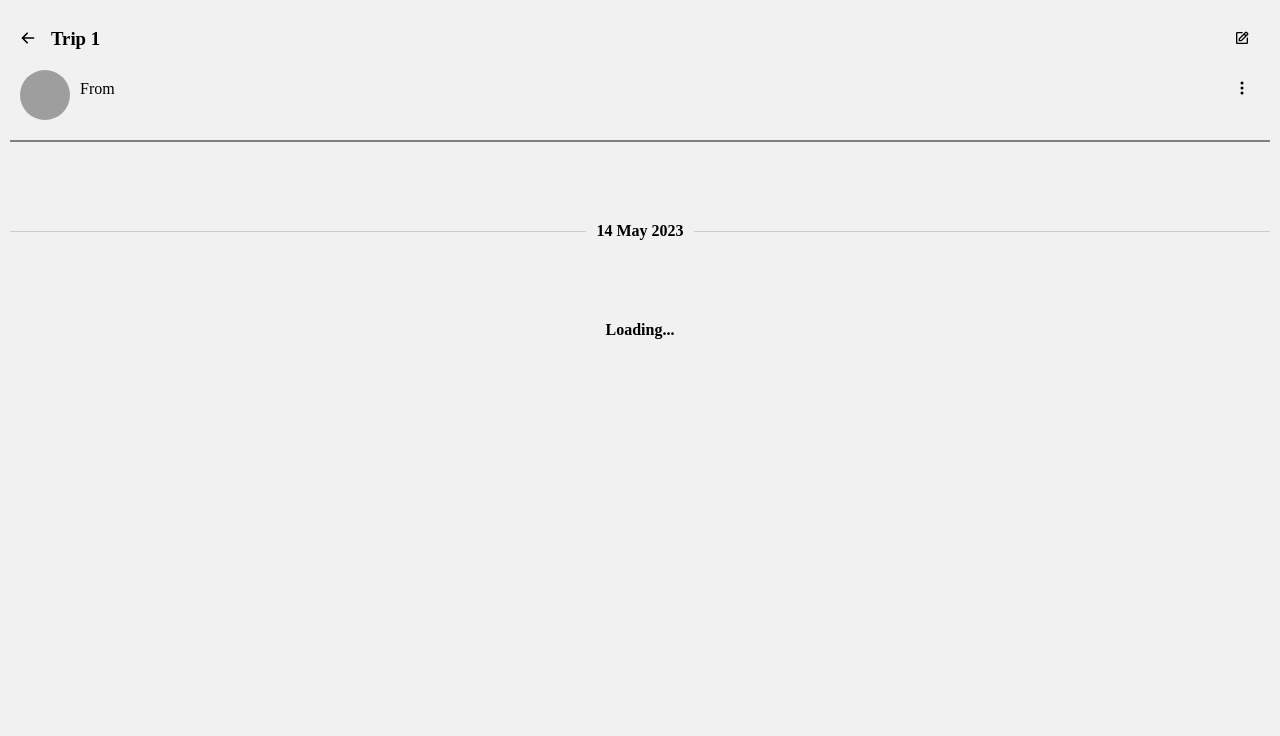
Repository: Abhi2359/PWA_Corider
Page: /
An editor plug-in stored every save of this project. The page is shown before and after the next save, followed by the edit.
The browser window is 1280 px wide. The pictures show the whole page.
Pictures or frames that could not be fetched are drawn as grey boxes. The page's requests for data from a server got no answer. The project was rebuilt for these pictures with package versions that can differ from the ones it lists, and the page was loaded fresh each time. No one was signed in, and anything a server would have sent is missing. Also part of the build but not shown: vite.config.js, src/chatInput/Chat.css, src/chatInput/Chat.jsx.

Above is the page before, as saved 2023-05-14 15:52:58.

### src/App.jsx
import { useEffect, useState ,lazy,Suspense,useCallback} from "react";
import styles from "./App.css";
import { fetchData } from "./api/fetchData";
import Header from "./Header/Header";
import Chat from "./chatInput/Chat";
import ChatInput from "./chatInput/ChatInput";
import InfiniteScroll from "react-infinite-scroll-component";
import LazyLoad from "react-lazy-load";
const LazyChat = lazy(() => import("./chatInput/Chat"));

function App() {
  const [data, setData] = useState([]);
  const [isLoading, setIsLoading] = useState(false);
  const [error, setError] = useState(null);
  const [currentPage, setCurrentPage] = useState(1);
  const [hasMore, setHasMore] = useState(true);
  const [from, setFrom] = useState("");
  const [to, setTo] = useState("");

  const fetchDataFromApi = async () => {
    if (!hasMore) return;
    setIsLoading(true);

    try {
      const apiData = await fetchData(currentPage);

      const apiResponse = apiData.chats;

      if (apiResponse.length === 0) {
        setHasMore(false);
      } else {
        setData((prevData) => [...prevData, ...apiResponse]);
        setCurrentPage((prevPage) => prevPage + 1);
      }
    } catch (error) {
      setError(error.message);
    }

    setIsLoading(false);
  };

  useEffect(() => {
    fetchDataFromApi();
  }, [currentPage]);

  const handleScroll = () => {
    const scrollTop =
      (document.documentElement && document.documentElement.scrollTop) ||
      document.body.scrollTop;
    const scrollHeight =
      (document.documentElement && document.documentElement.scrollHeight) ||
      document.body.scrollHeight;
    const clientHeight =
      document.documentElement.clientHeight || window.innerHeight;
    const scrollPosition = scrollTop + clientHeight;

    if (scrollPosition >= scrollHeight - 200) {
      fetchDataFromApi();
    }
  };

  useEffect(() => {
    window.addEventListener("scroll", handleScroll);
    return () => window.removeEventListener("scroll", handleScroll);
  }, []);
  return (
    <>
      <div className="layout">
        <div className="header_section">
          <Header />
          <div className="chat_container">
            <InfiniteScroll
              dataLength={data.length}
              next={fetchDataFromApi}
              hasMore={hasMore}
              scrollThreshold={0.8}
              className="chat_list"
              loader={<h4 style={{ textAlign: "center" }}>Loading...</h4>}
            >
              <ul className="chat_list">
                {data.map((chat) => (
                  <li key={chat.id}>
                    <Suspense fallback={<div>Loading...</div>}>
                      <LazyChat
                        message={chat.message}
                        image={chat.sender.image}
                      />
                    </Suspense>
                  </li>
                ))}
              </ul>
            </InfiniteScroll>
          </div>
        </div>
        {/* <div>
          <footer className="footer">
            <ChatInput />
          </footer>
        </div> */}
      </div>
    </>
  );
}

export default App;

### src/App.css
.layout{
    position: relative;
width: 100%;
height: 100vh;
background: #FAF9F4;
border-radius: 32px;
}

.header_section {
    position: fixed;
    top: 0;
    left: 0;
    right: 0;
    background-color: #f1f1f1;
    padding: 10px;
    z-index: 1;
  }

  .chat_container {
    margin-top: 60px; /* Adjust the margin to give space below the fixed header */
    overflow: auto;
    flex-grow: 1;
    height: calc(100vh - 120px); /* Adjust the height based on header and footer heights */
  }

  .chat_list {
    list-style: none;
    padding: 0;
    margin: 0;
  }

  .footer {
    position: fixed;
    bottom: 0;
    left: 0;
    right: 0;
    background-color: #f1f1f1;
    padding: 10px;
    z-index: 1;
  }

  /* Optional styles for scrollable chat section */
  .chat_container::-webkit-scrollbar {
    width: 8px;
  }

  .chat_container::-webkit-scrollbar-track {
    background-color: #f1f1f1;
  }

  .chat_container::-webkit-scrollbar-thumb {
    background-color: #888;
    border-radius: 4px;
  }

  .chat_container::-webkit-scrollbar-thumb:hover {
    background-color: #555;
  }

### src/api/fetchData.jsx
import axios from "axios";

const API_URL = "http://3.111.128.67/assignment/chat";

export const fetchData = async (page) => {
    try {
      const response = await axios.get(`http://3.111.128.67/assignment/chat?page=${page}`, {
        params: { page },
      });
      return response.data;
    } catch (error) {
      throw new Error('Error while fetching data');
    }
  };

### src/Header/Header.jsx
import React from "react";
import { HiArrowLeft } from "react-icons/hi";
import { BiEdit } from "react-icons/bi";
import { BsThreeDotsVertical } from "react-icons/bs";
import styles from "./Header.css"
const Header = ({ from, to }) => {
  return (
    <>
      <div className="header">
        <div className="trip">
          <div className="icon">
            <HiArrowLeft />
          </div>
          <div className="trip_no">
            <h3 className="no">Trip 1</h3>
          </div>
          <div className="edit_icon">
            <BiEdit />
          </div>
        </div>
        <div className="trip_details">
          <div className="user_icon">
            <img
              src="https://fastly.picsum.photos/id/1072/160/160.jpg?hmac=IDpbpA5neYzFjtkdFmBDKXwgr-907ewXLa9lLk9JuA8"
              alt=""
            />
          </div>
          <div className="travel_data">From {from}</div>
          <div className="dot_icon">
            <BsThreeDotsVertical />
          </div>
        </div>
        <div className="horizontal_line">

        <div className="line"></div>
        </div>
        <div className="date_section">
          <div className="date_line"></div>
          <div className="date">14 May 2023</div>
          <div className="date_line"></div>
        </div>
      </div>
    </>
  );
};

export default Header;

### src/Header/Header.css
.header {
  height: 40%;
  width: 100%;
  box-shadow: darkgrey;
  position: relative;
}

.trip {
  padding-top: 20px;
  padding-left: 10px;
  display: flex;
  flex-direction: row;
  justify-content: space-between;
  height: 20%;
}

.icon {
  margin-right: 5px;
}

.trip_no {
  margin-right: auto;

  width: auto;
  padding: 10px 10px;
  height: 30px;
  margin-top: -10px;
}
.trip_no h3 {
  margin-top: -2px;
}

.edit_icon {
  margin-right: 20px;
}

.trip_details {
  display: flex;
  flex-direction: row;
  justify-content: space-between;
  padding-left: 10px;
  height: 40%;
}

.travel_data {
  margin-right: auto;
  margin-top: 10px;
}

.user_icon {
  width: 50px;
  height: 50px;
  border-radius: 50%;
  overflow: hidden;
  margin-right: 10px;
}

.user_icon img {
  width: 100%;
  height: 100%;
  object-fit: cover;
}

.dot_icon {
  margin-top: 10px;
  margin-right: 20px;
}

.horizontal_line {
  padding-top: 20px;
}
.line {
  border: 1px solid grey;
  height: 0px;
  background-color: black;
}

.date_section {
    display: flex;
    align-items: center;
    margin-bottom: 10px;
    margin-top: 80px;
  }

  .date_line {
    flex-grow: 1;
    height: 1px;
    background-color: #ccc;
  }

  .date {
    margin: 0 10px;
    font-weight: bold;
  }

### src/chatInput/ChatInput.jsx
import React from 'react'
import {GrAttachment}  from "react-icons/gr"
import {RiSendPlane2Line}  from "react-icons/ri"
import styles from "./ChatInput.css"
const ChatInput = () => {
  return (
  <>


  <div class="chat-input-container">
  <input type="text" class="chat-input" placeholder="Type a message"/>
  <div class="icon-container">
   <div className="attachment"><GrAttachment/></div>
   <div className="send"><RiSendPlane2Line/></div>
  </div>
</div>


  </>
  )
}

export default ChatInput

### src/chatInput/ChatInput.css
.chat-input-container {
    display: flex;
    align-items: center;
    border: 1px solid #ccc;
    border-radius: 5px;
    padding: 5px;
  }

  .chat-input {
    flex-grow: 1;
    border: none;
    outline: none;
    padding: 10px;
    font-size: 14px;
  }

  .icon-container {
    display: flex;
    align-items: center;
    margin-left: 10px;
  }

  .attachment,
  .send {
    cursor: pointer;
    padding: 5px;
  }

  .attachment:hover,
  .send:hover {
    background-color: #f1f1f1;
    border-radius: 50%;
  }

  .attachment > svg,
  .send > svg {
    width: 20px;
    height: 20px;
  }

Loaded but not shown: index.html (common file); src/main.jsx (common file)

After the next save:
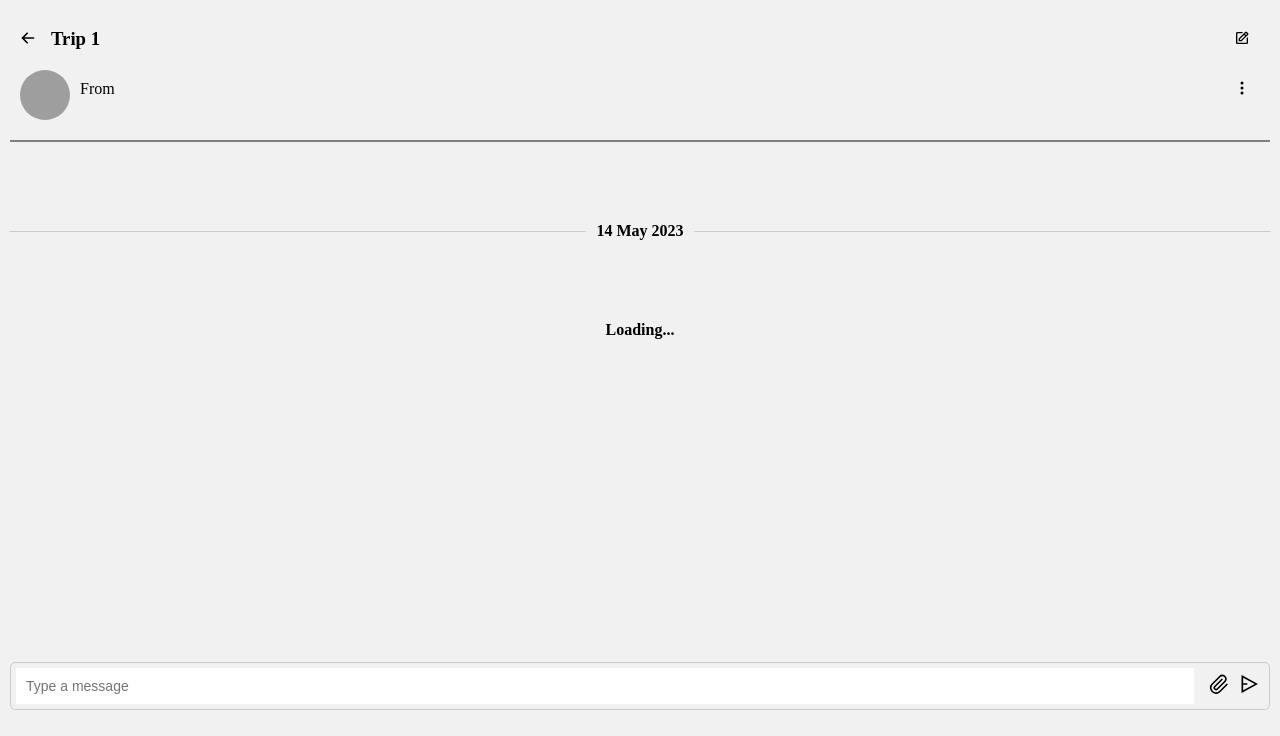
Saved 22 s later.
--- a/src/App.jsx
+++ b/src/App.jsx
@@ -92,11 +92,11 @@ function App() {
             </InfiniteScroll>
           </div>
         </div>
-        {/* <div>
+         <div>
           <footer className="footer">
             <ChatInput />
           </footer>
-        </div> */}
+        </div>
       </div>
     </>
   );
